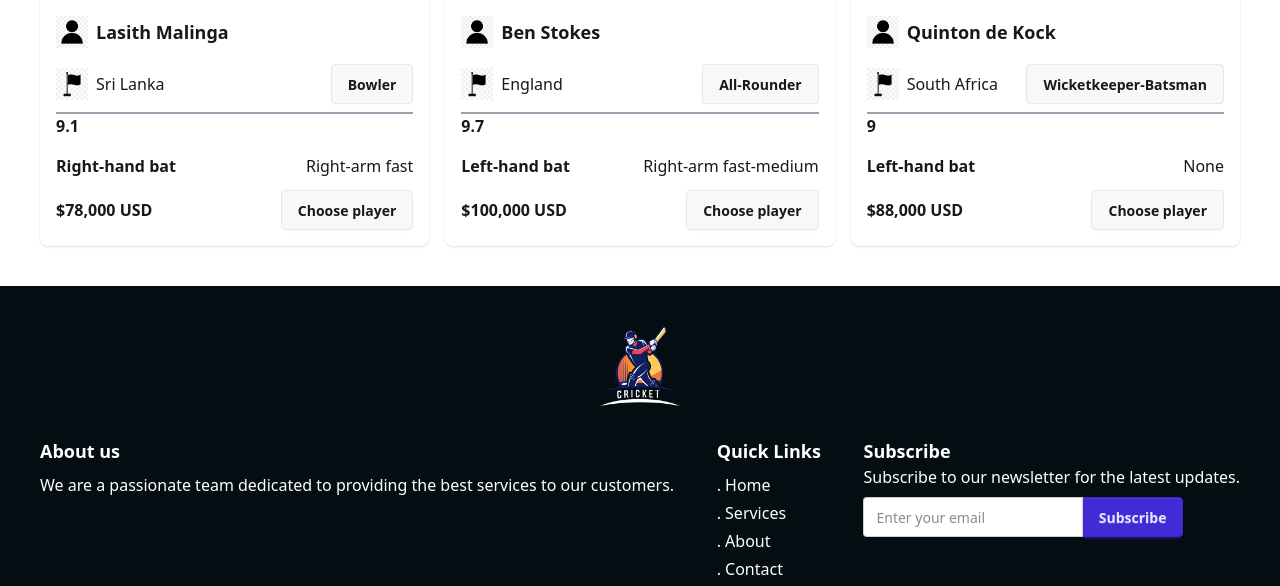
Repository: SanjidaSnigdha/Select-your-eleven
Page: /
The author's editor kept a copy of each file at every save. The page is drawn from the files as they stood at one save, then again after the next save.
The browser window is 1280 px wide. The pictures show the part of the page from y = 2831 to 3417 px (the page is 3417 px tall).
The project was rebuilt for these pictures with package versions that can differ from the ones it lists, and the page was loaded fresh each time. Also part of the build but not shown: vite.config.js, src/App.css, src/components/SelectedCard/SelectedCard.jsx, src/components/SelectedPlayers/SelectedPlayers.jsx.

Above is the page before, as saved 2026-03-23 00:41:37.

### index.html
<!doctype html>
<html lang="en" style="color-scheme: light;">
  <head>
    <meta charset="UTF-8" />
    <link rel="icon" type="image/svg+xml" href="/favicon.svg" />
    <meta name="viewport" content="width=device-width, initial-scale=1.0" />
    <title>select-your-eleven</title>
  </head>
  <body>
    <div id="root"></div>
    <script type="module" src="/src/main.jsx"></script>
  </body>
</html>

### src/index.css
 @import "tailwindcss";
 @plugin "daisyui" {
  themes: light --default, dark --prefersdark;
  themes: light --default;
 }

### src/App.jsx

import './App.css'
import { ToastContainer } from 'react-toastify';

import AvailablePlayers from './components/AvailablePlayers/AvailablePlayers'
import SelectedPlayers from './components/SelectedPlayers/SelectedPlayers'
import Navbar from './components/Navbar/Navbar'
import { Suspense, useState } from 'react'
import Banner from './components/Banner/Banner';
import Footer from './components/Footer/Footer';

const fetchPlayers = async () =>{
  const res = await fetch("/players.json")
  return res.json()
}
const playersPromise = fetchPlayers()


function App() {
  const [toggle,setToggle] = useState(true)
  const [availableBalance,setAvailableBalance] = useState(600000)
  const [purchasedPlayers,setPurchasedPlayers] = useState([])
  const removePlayer = (p) =>{
    const filteredData = purchasedPlayers.filter(ply=> ply.player_name!==p.player_name)
    console.log(filteredData)
    setPurchasedPlayers(filteredData)
    setAvailableBalance(availableBalance+parseInt(p.price.split("USD").join("").
                split(",").join("")))

  }

  return (
    <>
   <Navbar availableBalance={availableBalance}></Navbar>
   <Banner></Banner>
   <div className='max-w-[1200px] mx-auto flex justify-between items-center'>
    <h1 className='font-bold text-2xl'>{
    toggle===true?"Available players":`Selected players(${purchasedPlayers.length}/6)`}</h1>
    <div className='font-bold'>
      <button onClick={()=>setToggle(true)} className={`py-3 px-4 border-1 border-gray-400 rounded-l-2xl border-r-0 ${toggle===true?"bg-[#E7FE29]":""}`}>Available</button>
      <button onClick={()=>setToggle(false)} className={`py-3 px-4 border-1 border-gray-400 rounded-r-2xl border-l-0 ${toggle===false?"bg-[#E7FE29]":""}`}>Selected <span>({purchasedPlayers.length})</span></button>
    </div>

   </div>

     {
      toggle === true?<Suspense fallback={<span className="loading loading-spinner loading-xl"></span>
}>
    <AvailablePlayers purchasedPlayers={purchasedPlayers} setPurchasedPlayers={setPurchasedPlayers} availableBalance={availableBalance} setAvailableBalance={setAvailableBalance} playersPromise={playersPromise}></AvailablePlayers>
</Suspense>:<SelectedPlayers removePlayer={removePlayer} purchasedPlayers={purchasedPlayers} setToggle={setToggle}></SelectedPlayers>

     }



      <ToastContainer></ToastContainer>
      <Footer></Footer>

    </>
  )
}

export default App

### src/components/AvailablePlayers/AvailablePlayers.jsx
import React, { use } from 'react';

import PlayerCard from '../PlayerCard/PlayerCard';

const AvailablePlayers = ({playersPromise,setAvailableBalance,availableBalance,purchasedPlayers,setPurchasedPlayers}) => {
    const playerData = use(playersPromise)
    return (
        <div className='max-w-[1200px] mx-auto grid grid-cols-1 md:grid-cols-3 gap-4'>

            {
              playerData.map(player=><PlayerCard setPurchasedPlayers={setPurchasedPlayers} purchasedPlayers={purchasedPlayers} availableBalance={availableBalance} setAvailableBalance={setAvailableBalance} player={player}></PlayerCard>


              )
            }

        </div>
    );
};

export default AvailablePlayers;

### src/components/Navbar/Navbar.jsx
import React from 'react';
import navImg from "../../assets/logo.png"
import dollarImg from "../../assets/dollar-1.png"

const Navbar = ({availableBalance}) => {
    return (

         <div className="navbar max-w-[1200px] mx-auto">
          <div className="flex-1">
            <a className="text-xl">
              <img className="w-60px h-50px mt-4" src={navImg} alt="" />
           </a>
          </div>
          <div className='flex justify-between items-center text-gray-500 w-60 h-20 font-semibold mr-30 gap-4'>
            <a>Home</a>
            <a>Fixture</a>
            <a>Teams</a>
            <a>Schedules</a>
          </div>
          <div className="flex items-center gap-1 ml-4">
          <span className='mr-1'>{availableBalance}</span>
          <span className='mr-1'>Coin</span>
          <img className="w-5 h-5" src={dollarImg} alt="" />
         </div>
       </div>
    );

};

export default Navbar;

### src/components/Banner/Banner.jsx
import React from 'react';
import bannerImg from '../../assets/banner-main.png'

const Banner = () => {
    return (
        <div className='max-w-[1200px] mx-auto h-[475px] bg-[#131313]/90 mt-8 mb-10 rounded-3xl'>
           <img src={bannerImg} alt="" className='w-2/12 mx-auto p-10'/>
           <div>
            <h1 className='font-bold w-[970px] h-[60px] text-[#FFFFFF] w-2/12 mx-auto text-center mt-2 text-xl'>Assemble Your Ultimate Dream 11 Cricket Team</h1>
            <p className='text-[#FFFFFF]/70 text-center'>Beyond Boundaries Beyond Limits</p>
            <button className='btn border-amber-400 p-1 flex mt-8 rounded-xl font-bold bg-[#E7FE29] w-2/12 mx-auto text-center items-center'>Claim Free Credit</button>
           </div>
        </div>

    );
};

export default Banner;

### src/components/Footer/Footer.jsx
import React from 'react';
import footerImg from "../../assets/logo-footer.png"

const Footer = () => {
    return (
        <footer className="bg-[#040D11] text-base-content p-10 mt-10 w-full h-[300px]">
            {/* Footer Image */}
            <div className='flex justify-center mb-8'>
            <img src={footerImg} alt="" className='w-20 h-20'/>
            </div>
   <div className='flex flex-col md:flex-row justify-between gap-8'>
    <div>
    <h6 className="font-semibold text-[18px] text-[#FFFFFF]">About us</h6>
    <p className='mt-2 text-[#FFFFFF]'>We are a passionate team dedicated to providing the best services to our customers.</p>

  </div>
  <div className='text-[#FFFFFF]'>
    <h6 className="font-semibold text-[18px]">Quick Links</h6>
    <div className='flex flex-col mt-2 gap-1'>
    <a className="link link-hover">. Home</a>
    <a className="link link-hover">. Services</a>
    <a className="link link-hover">. About</a>
    <a className="link link-hover">. Contact</a>
    </div>
  </div>

  <form>
    <h6 className="text-[#FFFFFF] font-semibold text-[18px]">Subscribe</h6>
    <p className='text-[#FFFFFF]'>Subscribe to our newsletter for the latest updates.</p>
    <fieldset className="w-80">
      <div className="join mt-2">
        <input
          type="text"
          placeholder="Enter your email"
          className="input input-bordered join-item" />
        <button className="btn btn-primary join-item">Subscribe</button>
      </div>
    </fieldset>
  </form>
  </div>
</footer>
    );
};

export default Footer;

### src/components/PlayerCard/PlayerCard.jsx
import React, { useState } from 'react';
import userImg from "../../assets/man.png"
import flagImg from "../../assets/flag.jpg"
import { toast } from 'react-toastify';

const PlayerCard = ({player,setAvailableBalance,availableBalance,purchasedPlayers,setPurchasedPlayers}) => {
    const [isSelected,setIsSelected] = useState(false)

    const handleSelected = (playerData) =>{
        const playerPrice = parseInt(playerData.price.split("USD").join("").
                split(",").join(""))
                if(availableBalance<playerPrice){
                    toast("Not enough coins!!")
                    return
                }
                if(purchasedPlayers.length===6){
                    toast("6 players already selected")
                    return
                }

         setIsSelected(true)
                setAvailableBalance(availableBalance - playerPrice);
                setPurchasedPlayers([...purchasedPlayers,playerData])


    };
    return (
                        <div className="card bg-base-100 shadow-sm p-4">
         <figure className="px-10 pt-10">
           <img
             src={player.player_image}
             alt="Shoes"
             className='w-full h-[280px] object-cover'
              />
         </figure>
         <div className="mt-4">
           <div className='flex'>
               <img className='w-8 h-8' src={userImg} alt="" /><h2 className='card-title ml-2'>{player.player_name}</h2>
           </div>
           <div className='flex justify-between mt-4 border-b-2 border-gray-400 pb-2'>
       <div className='flex items-center'>
           <img className='w-8 h-8' src={flagImg} alt="" />
           <span className='ml-2'>{player.player_country}</span>
           </div>
           <button className='btn'>{player.playing_role}</button>
           </div>
       <div className='flex justify-between font-bold'>
           <span>{player.rating}</span>

       </div>
       <div className='flex justify-between mt-4'>
           <span className='font-bold'>{player.bating_style}</span>
           <span>{player.bowling_style}</span>
       </div>

           <div className="card-actions mt-3 flex justify-between items-center">
               <p className='font-bold'>${player.price}</p>
             <button disabled={isSelected} onClick={()=>{handleSelected(player)

             }} className="btn">{isSelected===true?"Selected":"Choose player"}</button>
           </div>
         </div>
       </div>
    );
};

export default PlayerCard;

### public/players.json
[
  {
    "player_image": "https://i.ibb.co.com/CKt7DdsZ/shakib-al-hasan-smiling-8olow941lckcha6b.jpg",
    "player_name": "Shakib Al Hasan",
    "player_country": "Bangladesh",
    "playing_role": "All-Rounder",
    "rating": 9.5,
    "bating_style": "Left-hand bat",
    "bowling_style": "Slow left-arm orthodox",
    "price": "75,000 USD"
  },
  {
    "player_image": "https://i.ibb.co.com/WWKnGkNs/Faf-du-Plessis.jpg",
    "player_name": "Faf du Plessis",
    "player_country": "South Africa",
    "playing_role": "Batsman",
    "rating": 9.0,
    "bating_style": "Right-hand bat",
    "bowling_style": "Right-arm medium",
    "price": "70,000 USD"
  },
  {
    "player_image": "https://i.ibb.co.com/XZxnnz3F/Rashid-Khan.jpg",
    "player_name": "Rashid Khan",
    "player_country": "Afghanistan",
    "playing_role": "Bowler",
    "rating": 9.8,
    "bating_style": "Right-hand bat",
    "bowling_style": "Right-arm leg spin",
    "price": "85,000 USD"
  },
  {
    "player_image": "https://i.ibb.co.com/4w5xgSNn/liton-das.jpg",
    "player_name": "Liton Das",
    "player_country": "Bangladesh",
    "playing_role": "Wicketkeeper-Batsman",
    "rating": 8.7,
    "bating_style": "Right-hand bat",
    "bowling_style": "None",
    "price": "60,000 USD"
  },
  {
    "player_image": "https://i.ibb.co.com/391gsfv8/Andre-Russell.jpg",
    "player_name": "Andre Russell",
    "player_country": "West Indies",
    "playing_role": "All-Rounder",
    "rating": 9.6,
    "bating_style": "Right-hand bat",
    "bowling_style": "Right-arm fast",
    "price": "90,000 USD"
  },
  {
    "player_image": "https://i.ibb.co.com/67D8FvCn/Mustafizur-Rahman.webp",
    "player_name": "Mustafizur Rahman",
    "player_country": "Bangladesh",
    "playing_role": "Bowler",
    "rating": 8.9,
    "bating_style": "Left-hand bat",
    "bowling_style": "Left-arm fast-medium",
    "price": "65,000 USD"
  },
  {
    "player_image": "https://i.ibb.co.com/h1wRWkVC/David-Warner.jpg",
    "player_name": "David Warner",
    "player_country": "Australia",
    "playing_role": "Batsman",
    "rating": 9.4,
    "bating_style": "Left-hand bat",
    "bowling_style": "Right-arm leg spin",
    "price": "95,000 USD"
  },
  {
    "player_image": "https://i.ibb.co.com/0VsmTGGY/Sunil-Narine.jpg",
    "player_name": "Sunil Narine",
    "player_country": "West Indies",
    "playing_role": "All-Rounder",
    "rating": 9.2,
    "bating_style": "Left-hand bat",
    "bowling_style": "Right-arm off spin",
    "price": "80,000 USD"
  },
  {
    "player_image": "https://i.ibb.co.com/HpkRbDz3/Babar.png",
    "player_name": "Babar Azam",
    "player_country": "Pakistan",
    "playing_role": "Batsman",
    "rating": 9.3,
    "bating_style": "Right-hand bat",
    "bowling_style": "None",
    "price": "92,000 USD"
  },
  {
    "player_image": "https://i.ibb.co.com/dsk08w2x/Lasith-Malinga1.jpg",
    "player_name": "Lasith Malinga",
    "player_country": "Sri Lanka",
    "playing_role": "Bowler",
    "rating": 9.1,
    "bating_style": "Right-hand bat",
    "bowling_style": "Right-arm fast",
    "price": "78,000 USD"
  },
  {
    "player_image": "https://i.ibb.co.com/s9vHr4tS/Ben-Stokes.png",
    "player_name": "Ben Stokes",
    "player_country": "England",
    "playing_role": "All-Rounder",
    "rating": 9.7,
    "bating_style": "Left-hand bat",
    "bowling_style": "Right-arm fast-medium",
    "price": "100,000 USD"
  },
  {
    "player_image": "https://i.ibb.co.com/gFhPmT1c/Quinton-de-Kock1.jpg",
    "player_name": "Quinton de Kock",
    "player_country": "South Africa",
    "playing_role": "Wicketkeeper-Batsman",
    "rating": 9.0,
    "bating_style": "Left-hand bat",
    "bowling_style": "None",
    "price": "88,000 USD"
  }
]

Loaded but not shown: src/main.jsx (common file)

After the next save:
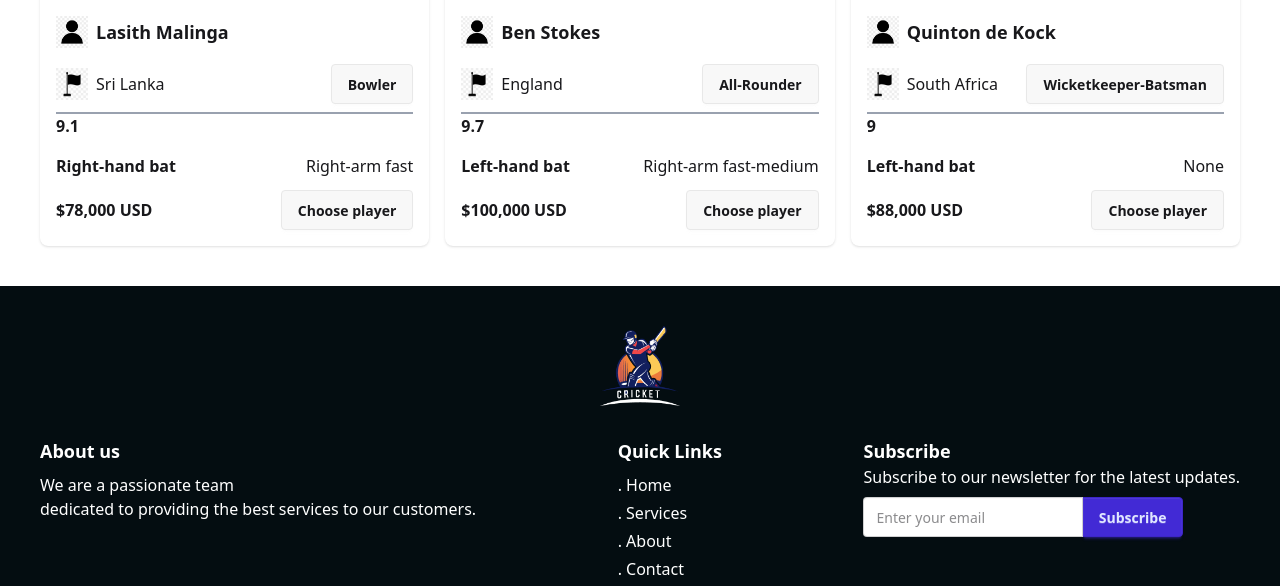
Saved 51 s later.
--- a/src/components/Footer/Footer.jsx
+++ b/src/components/Footer/Footer.jsx
@@ -11,7 +11,7 @@
    <div className='flex flex-col md:flex-row justify-between gap-8'>
     <div>
     <h6 className="font-semibold text-[18px] text-[#FFFFFF]">About us</h6>
-    <p className='mt-2 text-[#FFFFFF]'>We are a passionate team dedicated to providing the best services to our customers.</p>
+    <p className='mt-2 text-[#FFFFFF]'>We are a passionate team<br></br>dedicated to providing the best services to our customers.</p>
 
   </div>
   <div className='text-[#FFFFFF]'>
